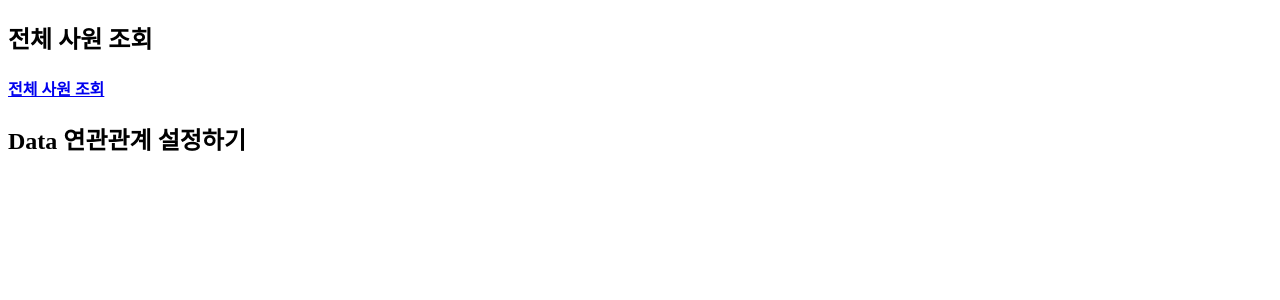
Repository: HSH-1616/JavaAcademy
Page: http://localhost/02_mybatis_dy/
An editor plug-in stored every save of this project. The page is shown before and after the next save, followed by the edit.
The browser window is 1280 px wide. The pictures show the whole page.
The page is served by Tomcat 9. Other server files are loaded and not shown.

Above is the page before, as saved 2023-07-08 11:50:44.

### BackEnd/MyBatis/MyBatisWork/02_mybatis_dy/src/main/webapp/index.jsp
<%@ page language="java" contentType="text/html; charset=UTF-8"
	pageEncoding="UTF-8"%>
<%@taglib prefix="c" uri="http://java.sun.com/jsp/jstl/core"%>
<%@taglib prefix="fmt" uri="http://java.sun.com/jsp/jstl/fmt"%>
<c:set var="path" value="${pageContext.request.contextPath }" />
<!DOCTYPE html>
<html>
<head>
<meta charset="UTF-8">
<title>마이바티스 동적쿼리</title>
</head>
<body>
	<h2>전체 사원 조회</h2>
	<h4>
		<a href="${path}/selectBsAll.do">전체 사원 조회</a>
	</h4>

	<h2>
	Data 연관관계 설정하기
	</h2>
</body>
</html>

After the next save:
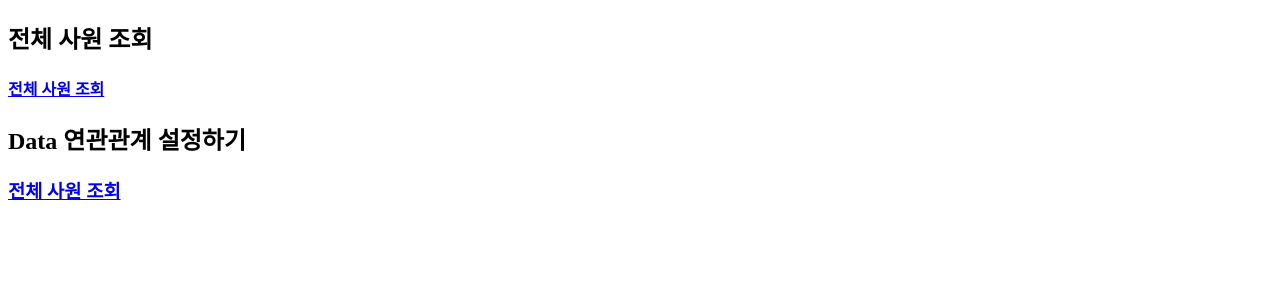
Saved 87 s later.
--- a/BackEnd/MyBatis/MyBatisWork/02_mybatis_dy/src/main/webapp/index.jsp
+++ b/BackEnd/MyBatis/MyBatisWork/02_mybatis_dy/src/main/webapp/index.jsp
@@ -15,8 +15,9 @@
 		<a href="${path}/selectBsAll.do">전체 사원 조회</a>
 	</h4>
 
-	<h2>
-	Data 연관관계 설정하기
-	</h2>
+	<h2>Data 연관관계 설정하기</h2>
+	<h3>
+		<a href="${path}/emp/association.do">전체 사원 조회</a>
+	</h3>
 </body>
 </html>
